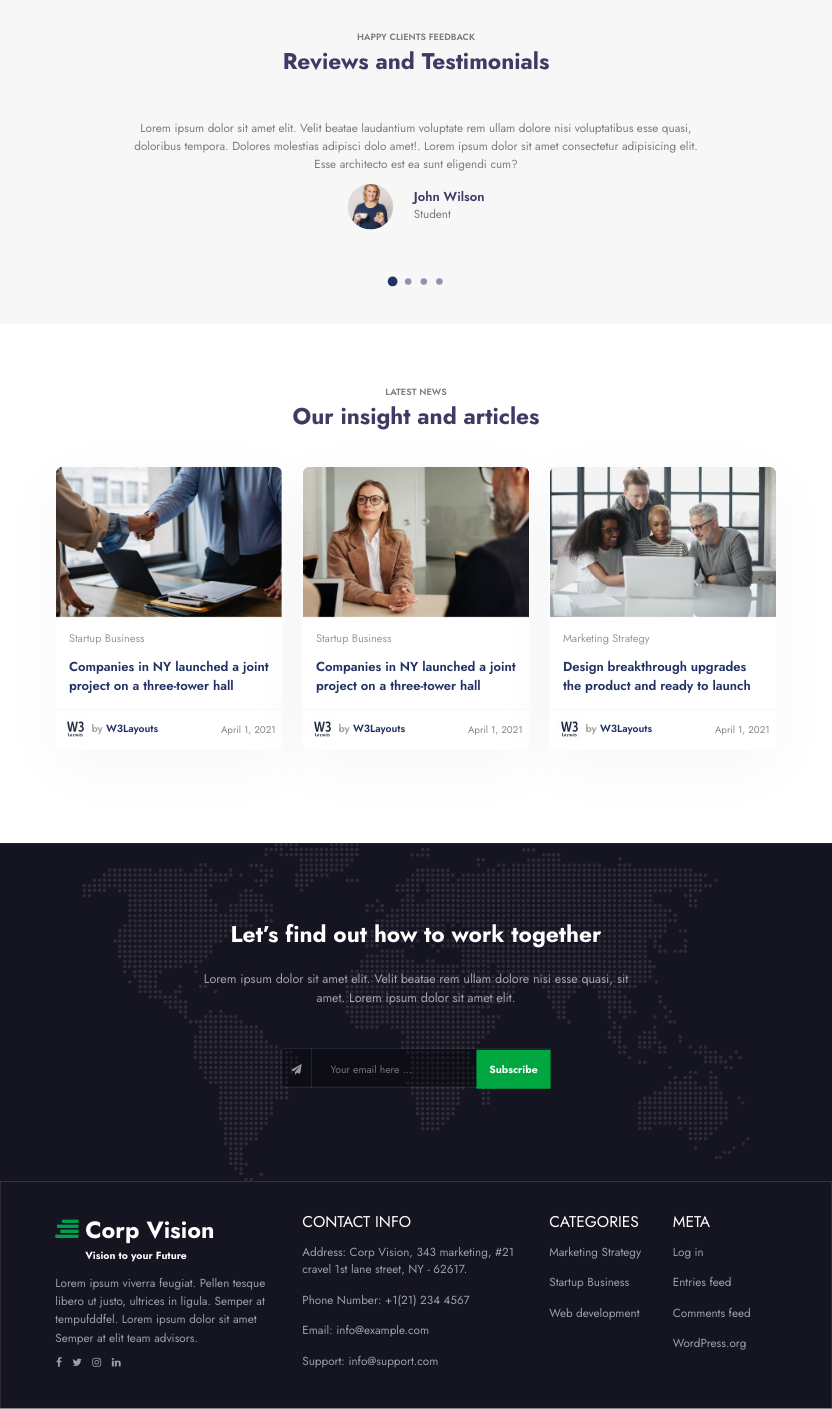
Repository: khaipnp/corpvision
Page: index.html
These files come from the project's save history. The page is drawn as it stood at one moment and after the next save; the edit follows.
The browser window is 1280 px wide. The pictures show the whole page, at 65% of full size.

Above is the page before, as saved 2021-07-04 15:17:09.

### index.html
<!DOCTYPE html>
<html lang="en">
  <head>
    <meta charset="UTF-8" />
    <meta http-equiv="X-UA-Compatible" content="IE=edge" />
    <meta name="viewport" content="width=device-width, initial-scale=1.0" />
    <title>Corpvision</title>
    <meta name="description" content="Corpvision Website" />
    <!-- FONT-GOOGLE -->
    <link rel="preconnect" href="https://fonts.gstatic.com" />
    <link
      href="https://fonts.googleapis.com/css2?family=Jost:ital,wght@0,100;0,200;0,300;0,400;0,500;0,600;0,700;0,800;0,900;1,400&display=swap"
      rel="stylesheet"
    />
    <!-- FONT-AWSOME -->
    <link
      rel="stylesheet"
      href="https://cdnjs.cloudflare.com/ajax/libs/font-awesome/5.15.3/css/all.min.css"
      integrity="sha512-iBBXm8fW90+nuLcSKlbmrPcLa0OT92xO1BIsZ+ywDWZCvqsWgccV3gFoRBv0z+8dLJgyAHIhR35VZc2oM/gI1w=="
      crossorigin="anonymous"
      referrerpolicy="no-referrer"
    />
    <link rel="stylesheet" href="./css/font-awesome.min.css" />
    <!-- OWL CAROUSEL -->
    <link
      rel="stylesheet"
      href="https://cdnjs.cloudflare.com/ajax/libs/OwlCarousel2/2.3.4/assets/owl.carousel.min.css"
      integrity="sha512-tS3S5qG0BlhnQROyJXvNjeEM4UpMXHrQfTGmbQ1gKmelCxlSEBUaxhRBj/EFTzpbP4RVSrpEikbmdJobCvhE3g=="
      crossorigin="anonymous"
      referrerpolicy="no-referrer"
    />
    <link
      rel="stylesheet"
      href="https://cdnjs.cloudflare.com/ajax/libs/OwlCarousel2/2.3.4/assets/owl.theme.default.css"
      integrity="sha512-OTcub78R3msOCtY3Tc6FzeDJ8N9qvQn1Ph49ou13xgA9VsH9+LRxoFU6EqLhW4+PKRfU+/HReXmSZXHEkpYoOA=="
      crossorigin="anonymous"
      referrerpolicy="no-referrer"
    />
    <!-- BOOTSTRAP -->
    <link
      rel="stylesheet"
      href="https://cdn.jsdelivr.net/npm/bootstrap@4.6.0/dist/css/bootstrap.min.css"
      integrity="sha384-B0vP5xmATw1+K9KRQjQERJvTumQW0nPEzvF6L/Z6nronJ3oUOFUFpCjEUQouq2+l"
      crossorigin="anonymous"
    />
    <!-- MAIN CSS -->
    <link rel="stylesheet" href="./css/main.css" />
  </head>
  <body>
    <header></header>
    <section class="feedback">
      <div class="feedback__content py-5">
        <div class="container">
          <h5 class="small-title col-12 text-center">Happy clients Feedback</h5>
          <h3 class="big-title col-12 text-center">Reviews and Testimonials</h3>
          <div class="testimonials owl-carousel owl-theme">
            <div class="testimonials__item">
              <p class="text-center col-12">
                Lorem ipsum dolor sit amet elit. Velit beatae laudantium
                voluptate rem ullam dolore nisi voluptatibus esse quasi,
                doloribus tempora. Dolores molestias adipisci dolo amet!. Lorem
                ipsum dolor sit amet consectetur adipisicing elit. Esse
                architecto est ea sunt eligendi cum?
              </p>
              <div
                class="
                  testimonials__desc
                  row
                  align-items-center
                  justify-content-center
                "
              >
                <div class="avatar mr-3">
                  <img src="./img/team1.jpg" alt="team 1" />
                </div>
                <div class="name ml-3">
                  <h3>John Wilson</h3>
                  <p>Student</p>
                </div>
              </div>
            </div>
            <div class="testimonials__item">
              <p class="text-center col-12">
                Lorem ipsum dolor sit amet elit. Velit beatae laudantium
                voluptate rem ullam dolore nisi voluptatibus esse quasi,
                doloribus tempora. Dolores molestias adipisci dolo amet!. Lorem
                ipsum dolor sit amet consectetur adipisicing elit. Esse
                architecto est ea sunt eligendi cum?
              </p>
              <div
                class="
                  testimonials__desc
                  row
                  align-items-center
                  justify-content-center
                "
              >
                <div class="avatar mr-3">
                  <img src="./img/team2.jpg" alt="team 2" />
                </div>
                <div class="name ml-3">
                  <h3>Julia Sakura</h3>
                  <p>Student</p>
                </div>
              </div>
            </div>
            <div class="testimonials__item">
              <p class="text-center col-12">
                Lorem ipsum dolor sit amet elit. Velit beatae laudantium
                voluptate rem ullam dolore nisi voluptatibus esse quasi,
                doloribus tempora. Dolores molestias adipisci dolo amet!. Lorem
                ipsum dolor sit amet consectetur adipisicing elit. Esse
                architecto est ea sunt eligendi cum?
              </p>
              <div
                class="
                  testimonials__desc
                  row
                  align-items-center
                  justify-content-center
                "
              >
                <div class="avatar mr-3">
                  <img src="./img/team3.jpg" alt="team 3" />
                </div>
                <div class="name ml-3">
                  <h3>Roy Linderson</h3>
                  <p>Student</p>
                </div>
              </div>
            </div>
            <div class="testimonials__item">
              <p class="text-center col-12">
                Lorem ipsum dolor sit amet elit. Velit beatae laudantium
                voluptate rem ullam dolore nisi voluptatibus esse quasi,
                doloribus tempora. Dolores molestias adipisci dolo amet!. Lorem
                ipsum dolor sit amet consectetur adipisicing elit. Esse
                architecto est ea sunt eligendi cum?
              </p>
              <div
                class="
                  testimonials__desc
                  row
                  align-items-center
                  justify-content-center
                "
              >
                <div class="avatar mr-3">
                  <img src="./img/team4.jpg" alt="team 4" />
                </div>
                <div class="name ml-3">
                  <h3>Smith Johnson</h3>
                  <p>Student</p>
                </div>
              </div>
            </div>
          </div>
        </div>
      </div>
    </section>
    <section class="news py-5">
      <div class="news__content py-5">
        <div class="container">
          <h5 class="small-title col-12 text-center">LATEST NEWS</h5>
          <h3 class="big-title col-12 text-center">Our insight and articles</h3>
          <div class="row py-5">
            <div class="news__item col-md-6 col-lg-4">
              <div class="news__card">
                <div class="card__thumbnail p-0 position-relative">
                  <img src="./img/blog1.jpg" alt="blog 1" />
                </div>
                <div class="card__content">
                  <p>Startup Business</p>
                  <a href="#">Companies in NY launched a joint project on a three-tower
                    hall</a>
                </div>
                <div class="card__footer">
                  <span><img src="./img/icon.jpeg" alt="" /> by <a href="#">W3Layouts</a></span>
                  <p>April 1, 2021</p>
                </div>
              </div>
            </div>
            <div class="news__item col-md-6 col-lg-4">
              <div class="news__card">
                <div class="card__thumbnail p-0 position-relative">
                  <img src="./img/blog2.jpg" alt="blog 1" />
                </div>
                <div class="card__content">
                  <p>Startup Business</p>
                  <a href="#">Companies in NY launched a joint project on a three-tower
                    hall</a>
                </div>
                <div class="card__footer">
                  <span><img src="./img/icon.jpeg" alt="" /> by <a href="#">W3Layouts</a></span>
                  <p>April 1, 2021</p>
                </div>
              </div>
            </div>
            <div class="news__item col-md-6 col-lg-4">
              <div class="news__card">
                <div class="card__thumbnail p-0 position-relative">
                  <img src="./img/blog3.jpg" alt="blog 1" />
                </div>
                <div class="card__content">
                  <p>Marketing Strategy</p>
                  <a href="#">Design breakthrough upgrades the product and ready to launch</a>
                </div>
                <div class="card__footer">
                  <span><img src="./img/icon.jpeg" alt="" /> by <a href="#">W3Layouts</a></span>
                  <p>April 1, 2021</p>
                </div>
              </div>
            </div>
          </div>
        </div>
      </div>
    </section>
    <div class="subscribe py-5">
      <div class="container">
        <div class="sub__box my-5 mx-auto align-items-center justify-content-center">
          <h3 class="big-title py-4 col-12 text-center">Let’s find out how to work together<h3>
          <p class="col-12 text-center">Lorem ipsum dolor sit amet elit. Velit beatae rem ullam dolore nisi esse quasi, sit amet. Lorem ipsum dolor sit amet elit.</p>
          <div class="input__email justify-content-center py-5">
            <form>
              <i class="fa fa-paper-plane"></i>
              <input type="email" placeholder="Your email here ...">
              <button>Subscribe</button>
            </form>
          </div>
        </div>
      </div>
    </div>
    <footer>
      <div class="footer__info container py-5">
        <div class="row">
          <div class="footer__content col-md-6 col-lg-4">
            <div class="logo__footer__content pb-3">
              <div class="logo__footer"><i class="fa fa-align-right"></i>Corp Vision</div>
              <div class="slogan">Vision to your Future</div>
            </div>
            <p>Lorem ipsum viverra feugiat. Pellen tesque libero ut justo, ultrices in ligula. Semper at tempufddfel. Lorem ipsum dolor sit amet Semper at elit team advisors.</p>
            <div class="social__network row justify-content-start">
              <i class="fa fa-facebook pl-3"></i>
              <i class="fa fa-twitter pl-3"></i>
              <i class="fa fa-instagram pl-3"></i>
              <i class="fa fa-linkedin pl-3"></i>
            </div>
          </div>
          <div class="footer__content col-md-6 col-lg-4 mt-md-0 mt-5">
            <h4>CONTACT INFO</h4>
            <ul class="list-group list-group-flush">
              <li class="list-group-item">Address: Corp Vision, 343 marketing, #21 cravel 1st lane street, NY - 62617.</li>
              <li class="list-group-item">Phone Number: <a href="tel:+1212344567">+1(21) 234 4567</a></li>
              <li class="list-group-item">Email: <a href="mailto:">info@example.com</a></li>
              <li class="list-group-item">Support: <a href="mailto:">info@support.com</a></li>
            </ul>
          </div>
          <div class="footer__content col-md-6 col-lg-2 mt-lg-0 mt-5">
            <h4>CATEGORIES</h4>
            <ul class="list-group list-group-flush">
              <li class="list-group-item"><a href="/">Marketing Strategy</a></li>
              <li class="list-group-item"><a href="/">Startup Business</a></li>
              <li class="list-group-item"><a href="/">Web development</a></li>
            </ul>
          </div>
          <div class="footer__content col-md-6 col-lg-2 mt-lg-0 mt-5">
            <h4>META</h4>
            <ul class="list-group list-group-flush">
              <li class="list-group-item"><a href="/">Log in</a></li>
              <li class="list-group-item"><a href="/">Entries feed</a></li>
              <li class="list-group-item"><a href="/">Comments feed</a></li>
              <li class="list-group-item"><a href="/">WordPress.org</a></li>
            </ul>
          </div>
        </div>
      </div>
    </footer>
    <!-- SCRIPT -->
    <!-- BOOTSTRAP -->
    <script
      src="https://cdnjs.cloudflare.com/ajax/libs/jquery/3.6.0/jquery.js"
      integrity="sha512-n/4gHW3atM3QqRcbCn6ewmpxcLAHGaDjpEBu4xZd47N0W2oQ+6q7oc3PXstrJYXcbNU1OHdQ1T7pAP+gi5Yu8g=="
      crossorigin="anonymous"
      referrerpolicy="no-referrer"
    ></script>
    <script
      src="https://cdn.jsdelivr.net/npm/bootstrap@4.6.0/dist/js/bootstrap.bundle.min.js"
      integrity="sha384-Piv4xVNRyMGpqkS2by6br4gNJ7DXjqk09RmUpJ8jgGtD7zP9yug3goQfGII0yAns"
      crossorigin="anonymous"
    ></script>
    <!-- OWL CAROUSEL -->
    <script src="./js/owl.carousel.min.js"></script>
    <script>
      $(document).ready(function () {
        $(".owl-carousel").owlCarousel({
          navigation: false,
          slideSpeed: 300,
          paginationSpeed: 400,
          singleItem: true,
          items: 1,
          // itemsDesktop : false,
          // itemsDesktopSmall : false,
          // itemsTablet: false,
          // itemsMobile : false
        });
      });
    </script>
  </body>
</html>

### css/main.css
* {
  padding: 0;
  margin: 0;
  box-sizing: border-box;
}

html,
body {
  font-family: "Jost", sans-serif;
  background: #fff;
}

.small-title {
  color: #7e7d7d;
  font-size: 14px;
  font-weight: 600;
  text-transform: uppercase;
}

.big-title {
  color: #3f3a64;
  font-size: 35px;
  font-weight: 700;
}

/* FEEDBACK */
.feedback {
  background-color: #f7f7f7;
}

.testimonials__item {
  margin: 60px auto;
  display: block;
  max-width: 900px;
  height: auto;
}

.testimonials__item p {
  color: #7e7d7d;
  font-size: 18px;
  line-height: 28px;
}

.testimonials__desc .avatar {
  width: 70px;
  height: 70px;
  overflow: hidden;
  border-radius: 50%;
}

.testimonials__desc .avatar img {
  width: 100%;
  height: 100%;
  object-fit: cover;
}

.name h3 {
  font-size: 20px;
  margin: 0;
  font-weight: 600;
  color: #3f3a64;
}
.name p {
  font-style: normal;
  margin-bottom: 0;
}

.owl-theme .owl-dots .owl-dot.active span,
.owl-theme .owl-dots .owl-dot span {
  background: rgba(33, 51, 100, 0.5);
  transform: scale(1);
  transition: all 0.5s;
}

.owl-theme .owl-dots .owl-dot.active span,
.owl-theme .owl-dots .owl-dot:hover span {
  background: #213364 !important;
  transform: scale(1.5);
}

/* NEWS */
.news__card {
  background-color: #fff;
  box-shadow: 0 25px 98px 0 rgb(0 0 0 / 4%);
  border: 1px solid transparent;
  border-radius: 10px;
}

.card__thumbnail {
  overflow: hidden;
  border-radius: 10px 10px 0 0;
}

.card__thumbnail img {
  width: 100%;
  border-radius: 10px 10px 0 0;
  object-fit: cover;
  cursor: pointer;
  transition: all 0.5s;
}

.card__thumbnail img:hover {
  transform: scale(1.15);
}

.card__content {
  padding: 20px;
}

.card__content p {
  color: #999;
  font-size: 17px;
  font-weight: 400;
}

.card__content a {
  text-decoration: none;
  color: #213364;
  font-size: 20px;
  font-weight: 600;
  transition: all 0.5s;
  cursor: pointer;
}

.card__content a:hover {
  color: #00a63f;
}

.card__footer {
  display: flex;
  justify-content: space-between;
  align-items: center;
  border-top: 1px solid rgba(126, 125, 125, 0.1);
  padding: 10px;
}

.card__footer a {
  color: #213364;
  font-size: 1rem;
  font-weight: 600;
  cursor: pointer;
  transition: all 0.5s;
  text-decoration: none;
}

.card__footer a:hover {
  color: #00a63f;
}

.card__footer img {
  cursor: pointer;
}

.card__footer span {
  color: rgb(102, 102, 102, 0.6);
  font-weight: 600;
}

.card__footer p {
  margin-bottom: 0;
  font-size: 15px;
  color: rgb(102, 102, 102, 0.8);
}

/* SUBCRIBE */
.subscribe {
  background-image: url(../img/map.png);
  background-color: #151421;
  background-size: contain;
  background-repeat: no-repeat;
  background-position: center;
}

.sub__box {
  max-width: 700px;
}

.sub__box .big-title {
  color: #fff;
}

.sub__box p {
  font-size: 1.2rem;
  color: rgba(255, 255, 255, 0.6);
  line-height: 1.5;
  font-weight: 400;
}

.input__email {
  display: flex;
}

.input__email form {
  border: 1px solid rgb(255, 255, 255, 0.15);
  border-radius: 5px;
  height: 60px;
  background: rgb(0, 0, 0, 0.35);
  max-width: 550px;
}

.input__email input {
  color: #999;
  padding: 20px 20px;
  border: none;
  font-size: 1rem;
  outline: none;
  background: none;
}

.input__email button {
  background-color: #00a63f;
  color: #fff;
  height: 60px;
  padding: 0 20px;
  border: none;
  font-size: 1rem;
  font-weight: 700;
  line-height: 60px;
  text-align: center;
}

.input__email i {
  text-align: center;
  color: #999;
  font-size: 1rem;
  border-right: 1px solid rgb(255, 255, 255, 0.15);
  line-height: 60px;
  padding: 0 15px;
}

/* FOOTER */

footer {
  background-color: #151421;
  border: 1px solid rgb(255, 255, 255, 0.15);
}

.footer__content p {
  color: #97a1a9;
  font-size: 18px;
  line-height: 28px;
}

.logo__footer {
  display: inline-block;
  font-size: 36px;
  font-weight: bold;
  color: #fefefe;
}

.logo__footer i {
  color: #009f4d !important;
  font-size: 36px !important;
  margin-right: 10px;
}

.slogan {
  padding-left: 46px;
  font-weight: bold;
  color: #fefefe;
}

.footer__content a {
  text-decoration: none;
  color: #97a1a9;
  transition: all 0.5s ease;
}

.footer__content a:hover {
  text-decoration: none;
  color: #fefefe;
}

.footer__content i {
  color: #97a1a9;
}

.footer__content h4 {
  color: #fefefe;
  font-weight: normal;
}

.footer__content .list-group-item {
  background-color: transparent !important;
  color: #97a1a9;
  border: none !important;
  font-size: 18px;
  padding: 10px 0 !important;
}

Loaded but not shown: css/font-awesome.min.css (library); js/owl.carousel.min.js (library)

After the next save:
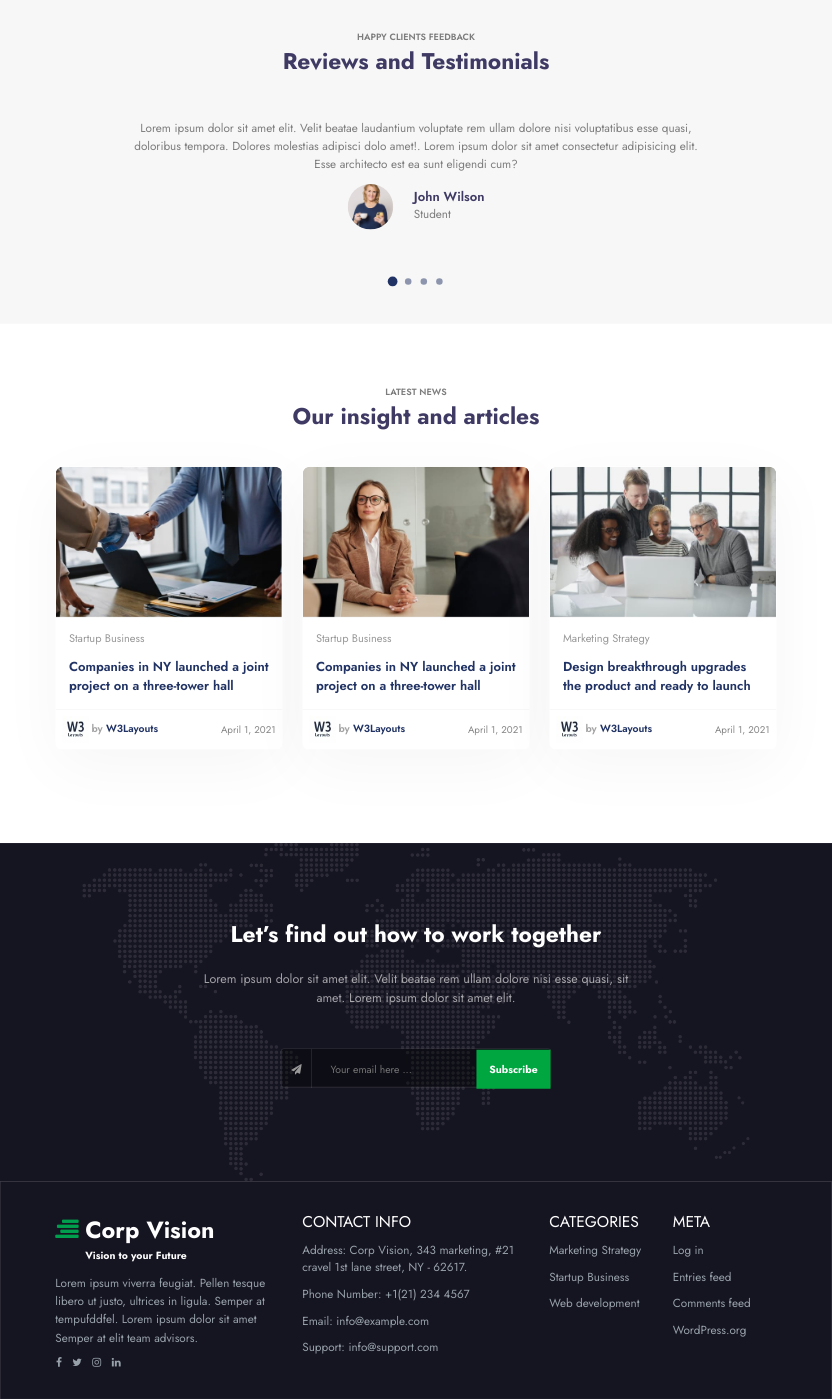
Saved 35 s later.
--- a/css/main.css
+++ b/css/main.css
@@ -285,5 +285,5 @@ footer {
   color: #97a1a9;
   border: none !important;
   font-size: 18px;
-  padding: 10px 0 !important;
-}
+  padding: 7px 0 !important;
+}
